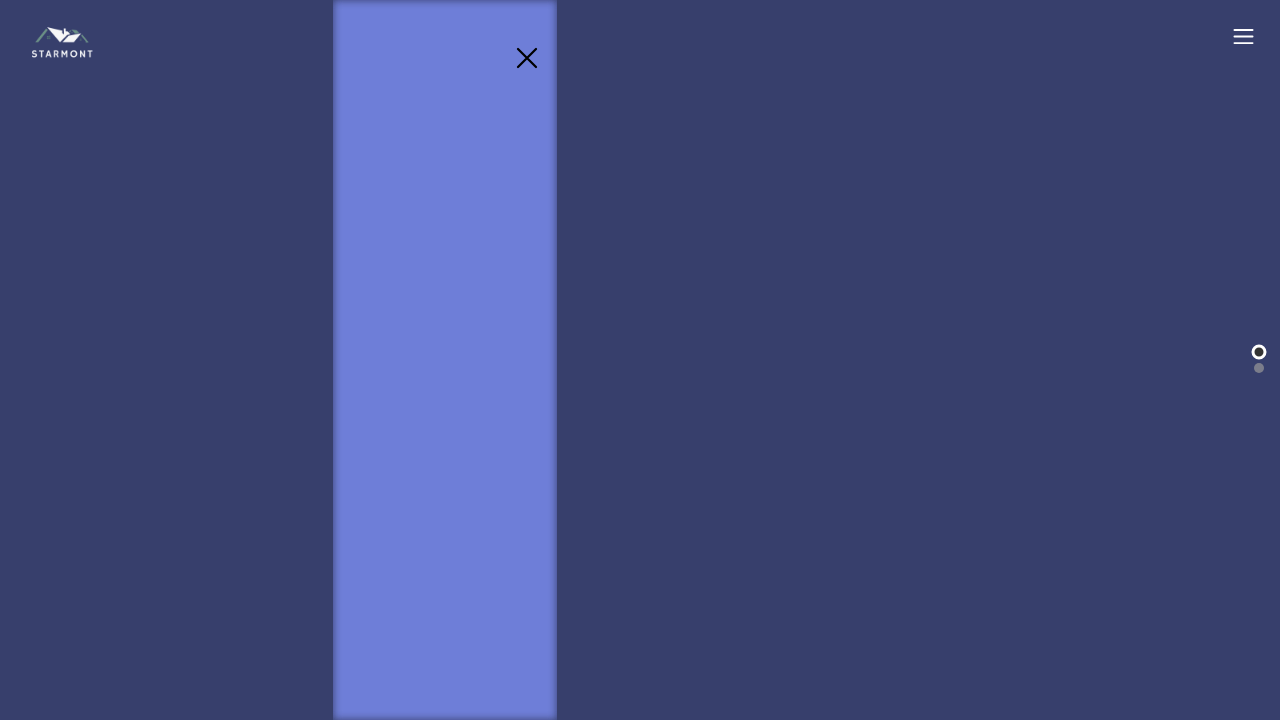
Repository: Mikolaj982/Starmont-website
Page: /
An editor plug-in stored every save of this project. The page is shown before and after the next save, followed by the edit.
The browser window is 1280 px wide. The pictures show the whole page.
The project was rebuilt for these pictures with package versions that can differ from the ones it lists, and the page was loaded fresh each time. The framework's server and built-in components were replaced by stand-ins that run in the browser. Also part of the build but not shown: next.config.js.

Above is the page before, as saved 2024-01-08 10:58:49.

### src/app/layout.tsx
export default function RootLayout({
    children,
}: {
    children: React.ReactNode
}) {
    return (
        <html lang="en">
            <body>{children}</body>
        </html>
    )
}

### src/app/page.tsx
import { HomePage } from "./pages";

const Page = () => {
    return <HomePage />
}

export default Page;

### src/app/pages/index.tsx
import React from 'react'
import Slider from '../components/Slider';
import '../styles/globalStyles.css';
import Navbar from '../components/Navbar';


export const HomePage = () => {
    return (<>
        <Navbar />
        <Slider />
    </>
    )
}

### src/app/components/Slider.tsx
'use client'
import React from 'react'
import Home from './Home';
import Services from './Services';
import { Swiper, SwiperSlide } from 'swiper/react';
import { Pagination, Mousewheel } from 'swiper/modules';
import 'swiper/css';
import 'swiper/css/pagination';

const Slider = () => {
    const slideComponents = [Home, Services];
    const swiperOptions = {
        direction: 'vertical' as const,
        mousewheel: true,
        pagination: {
            clickable: true,
        },
        modules: [Mousewheel, Pagination],
    }

    return (
        <div>
            <Swiper {...swiperOptions} className='h-[100vh]'>
                {slideComponents.map((SlideComponent, index) => {
                    return <>
                        <SwiperSlide key={index}>
                            <SlideComponent />
                        </SwiperSlide>
                    </>
                })}
            </Swiper>
            <div className='swiper-pagination mr-2'></div>
        </div>
    )
}

export default Slider

### src/app/styles/globalStyles.css
@tailwind base;
@tailwind components;
@tailwind utilities;

.swiper-pagination-bullet {
    width: 10px;
    height: 10px;
    background-color: #999;
    margin: 10px 0;
    opacity: 0.7;
    border-radius: 50%;
    transition: opacity 0.3s ease-in-out;
    -webkit-transition: opacity 0.3s ease-in-out;
    -moz-transition: opacity 0.3s ease-in-out;
    -ms-transition: opacity 0.3s ease-in-out;
    -o-transition: opacity 0.3s ease-in-out;
}

  .swiper-pagination-bullet-active {
    transform: scale(1.5);
    transition: transform 0.3s ease-in-out;
    opacity: 1;
    background-color: #333;
    border: 2px solid white;
}

  .swiper-pagination-vertical {
    margin-right: 8px;
  }

### src/app/components/Navbar.tsx
'use client'
import { Bars3Icon } from '@heroicons/react/20/solid'
import React, { useState } from 'react'
import Image from 'next/image';
import logo from '../../../public/images/logo.png';
import RightSidebar from './RightSidebar';

const Navbar = () => {
    const [isOpen, setIsOpen] = useState<boolean>(false);

    const toggleSidebar = () => {
        setIsOpen((prev) => !prev);
    }

    return (<>
        <div className='fixed top-0 w-[100%] flex justify-between z-10 p-6'>
            <Image src={logo} width={100} alt='starmont logo' className='relative -top-7 -left-3' />
            <Bars3Icon className='h-[25px] text-white' onClick={() => toggleSidebar()} />
        </div>
        <RightSidebar setIsOpen={setIsOpen} isOpen={isOpen} />
    </>
    )
}

export default Navbar

### src/app/components/Home.tsx
import React from 'react'

const Home = () => {
    return (
        <div className="bg-[#373F6C] h-[100vh]"></div>
    )
}

export default Home

### src/app/components/Services.tsx
import React from 'react'

const Services = () => {
    return (
        <div className='bg-[#579da6] h-[100vh]'></div>
    )
}

export default Services

### src/app/components/RightSidebar.tsx
'use client'
import React from 'react'
import { XMarkIcon } from '@heroicons/react/24/outline';

interface RightSidebarProps {
    setIsOpen: (boolean: boolean) => void;
    isOpen: boolean;
}

const RightSidebar: React.FC<RightSidebarProps> = ({ setIsOpen, isOpen }) => {

    return (
        <div className={`bg-white-200 backdrop-blur-sm backdrop-brightness-200 p-8 w-56 h-[100vh] pb-16 fixed z-20 transform transition-transform duration-1000 ease-in-out ${isOpen ? 'translate-x-24' : 'translate-x-[333px]'}`}>

            <XMarkIcon onClick={() => setIsOpen(false)} className='z-20 absolute right-0 mt-2 mr-3 h-9' />
        </div>
    )
}

export default RightSidebar

### tailwind.config.ts
import type { Config } from 'tailwindcss'

const config: Config = {
  content: [
    './src/app/pages/**/*.{js,ts,jsx,tsx,mdx}',
    './src/app/components/**/*.{js,ts,jsx,tsx,mdx}',
    './app/**/*.{js,ts,jsx,tsx,mdx}',
  ],
  theme: {
    extend: {},
  },
  plugins: [],
}
export default config

After the next save:
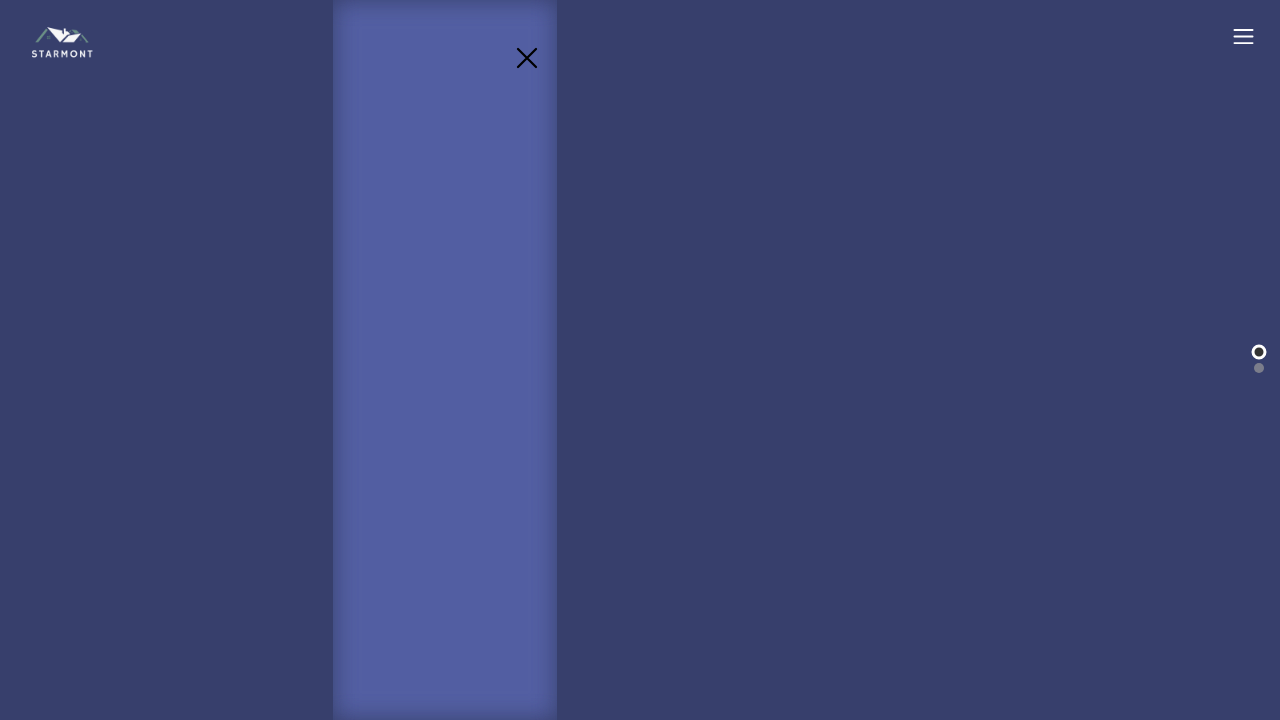
Saved 13 s later.
--- a/src/app/components/RightSidebar.tsx
+++ b/src/app/components/RightSidebar.tsx
@@ -10,7 +10,7 @@ interface RightSidebarProps {
 const RightSidebar: React.FC<RightSidebarProps> = ({ setIsOpen, isOpen }) => {
 
     return (
-        <div className={`bg-white-200 backdrop-blur-sm backdrop-brightness-200 p-8 w-56 h-[100vh] pb-16 fixed z-20 transform transition-transform duration-1000 ease-in-out ${isOpen ? 'translate-x-24' : 'translate-x-[333px]'}`}>
+        <div className={`bg-white-200 backdrop-blur-md backdrop-brightness-150 p-8 w-56 h-[100vh] pb-16 fixed z-20 transform transition-transform duration-1000 ease-in-out ${isOpen ? 'translate-x-24' : 'translate-x-[333px]'}`}>
 
             <XMarkIcon onClick={() => setIsOpen(false)} className='z-20 absolute right-0 mt-2 mr-3 h-9' />
         </div>
